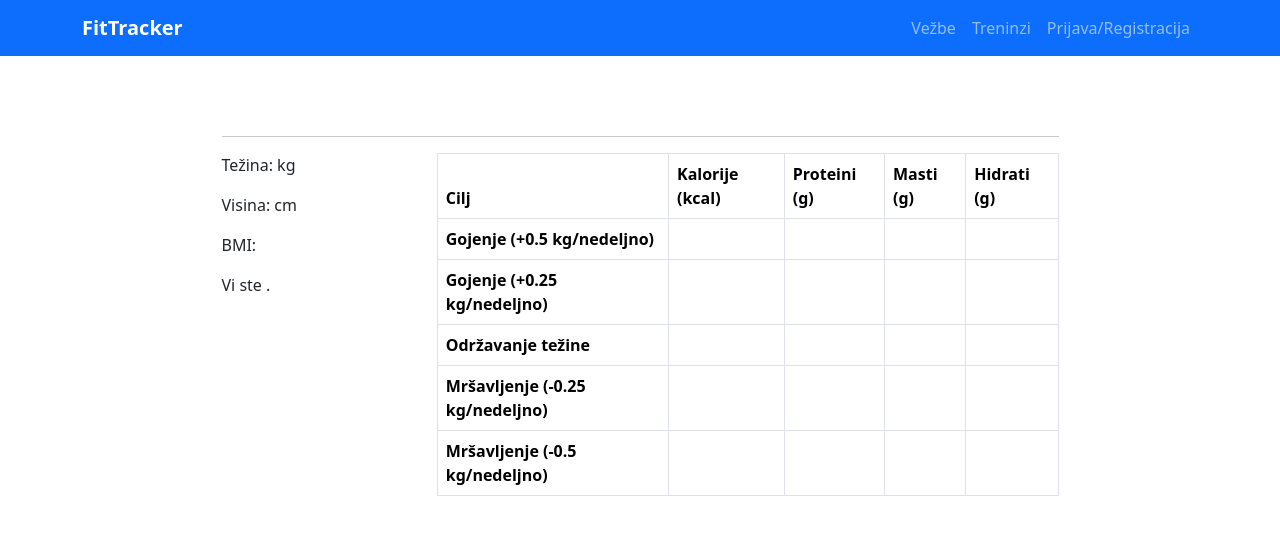
Repository: M1K1B/FitTracker
Page: http://localhost/FitTrackerWeb/profil.jsp
An editor plug-in stored every save of this project. The page is shown before and after the next save, followed by the edit.
The browser window is 1280 px wide. The pictures show the whole page.
The page is served by Tomcat 9. Other server files are loaded and not shown. The template is opened directly, without the code that normally fills it, so the values that code supplies are empty.

Above is the page before, as saved 2024-02-06 13:49:21.

### FitTrackerWeb/src/main/webapp/profil.jsp
<%@ page language="java" contentType="text/html; charset=UTF-8"
	pageEncoding="UTF-8"%>
<%@ taglib prefix="c" uri="http://java.sun.com/jsp/jstl/core"%>
<%@ taglib prefix="fn" uri="http://java.sun.com/jsp/jstl/functions"%>

<!DOCTYPE html>
<html>
<head>
<meta charset="UTF-8">
<meta name="viewport"
	content="width=device-width, initial-scale=1, shrink-to-fit=no">
<!-- Bootstrap CSS - Include the CSS file or use a CDN link -->
<link
	href="https://cdn.jsdelivr.net/npm/bootstrap@5.3.2/dist/css/bootstrap.min.css"
	rel="stylesheet"
	integrity="sha384-T3c6CoIi6uLrA9TneNEoa7RxnatzjcDSCmG1MXxSR1GAsXEV/Dwwykc2MPK8M2HN"
	crossorigin="anonymous">

<style>
.card {
	text-decoration: none;
}

.card:hover {
	background-color: #fafafa;
	cursor: pointer;
}
</style>
</head>
<body>
	<%@include file="header.jsp"%>

	<div class="container mt-5">
		<div class="col-9 mx-auto">
			<div class="d-flex align-items-center">
				<div>
					<h3 class="h3">${ korisnik.ime }${ korisnik.prezime }</h3>
					<p>${ korisnik.email }</p>
				</div>
			</div>

			<hr>
			<div class="row">
				<div class="col-3">
					<p>Težina: ${ korisnik.tezina } kg</p>
					<p>Visina: ${ korisnik.visina } cm</p>
					<p>BMI: ${ korisnik.bmi }</p>
					<p>
						Vi ste <span class="text-decoration-underline">${ korisnik.status }</span>.
					</p>
				</div>
				<div class="col-9">

					<table class="table table-bordered">
						<thead>
							<tr>
								<th scope="col">Cilj</th>
								<th scope="col">Kalorije (kcal)</th>
								<th scope="col">Proteini (g)</th>
								<th scope="col">Masti (g)</th>
								<th scope="col">Hidrati (g)</th>
							</tr>
						</thead>
						<tbody>
							<tr>
								<th scope="row">Gojenje (+0.5 kg/nedeljno)</th>
								<td>${ korisnik.macros[0][0] }</td>
								<td>${ korisnik.macros[0][1] }</td>
								<td>${ korisnik.macros[0][2] }</td>
								<td>${ korisnik.macros[0][3] }</td>
							</tr>
							<tr>
								<th scope="row">Gojenje (+0.25 kg/nedeljno)</th>
								<td>${ korisnik.macros[1][0] }</td>
								<td>${ korisnik.macros[1][1] }</td>
								<td>${ korisnik.macros[1][2] }</td>
								<td>${ korisnik.macros[1][3] }</td>
							</tr>
							<tr>
								<th scope="row">Održavanje težine</th>
								<td>${ korisnik.macros[2][0] }</td>
								<td>${ korisnik.macros[2][1] }</td>
								<td>${ korisnik.macros[2][2] }</td>
								<td>${ korisnik.macros[2][3] }</td>
							</tr>
							<tr>
								<th scope="row">Mršavljenje (-0.25 kg/nedeljno)</th>
								<td>${ korisnik.macros[3][0] }</td>
								<td>${ korisnik.macros[3][1] }</td>
								<td>${ korisnik.macros[3][2] }</td>
								<td>${ korisnik.macros[3][3] }</td>
							</tr>
							<tr>
								<th scope="row">Mršavljenje (-0.5 kg/nedeljno)</th>
								<td>${ korisnik.macros[4][0] }</td>
								<td>${ korisnik.macros[4][1] }</td>
								<td>${ korisnik.macros[4][2] }</td>
								<td>${ korisnik.macros[4][3] }</td>
							</tr>
						</tbody>
					</table>
				</div>
			</div>

		</div>
	</div>

	<!-- Your Content Goes Here -->
	<script
		src="https://cdn.jsdelivr.net/npm/bootstrap@5.3.2/dist/js/bootstrap.bundle.min.js"
		integrity="sha384-C6RzsynM9kWDrMNeT87bh95OGNyZPhcTNXj1NW7RuBCsyN/o0jlpcV8Qyq46cDfL"
		crossorigin="anonymous"></script>
</body>
</html>

### FitTrackerWeb/src/main/webapp/header.jsp
<%@ page language="java" contentType="text/html; charset=UTF-8"
	pageEncoding="UTF-8"%>
<!DOCTYPE html>
<html>
<head>
<meta charset="UTF-8">
<meta name="viewport"
	content="width=device-width, initial-scale=1, shrink-to-fit=no">
<!-- Bootstrap CSS - Include the CSS file or use a CDN link -->
<link
	href="https://cdn.jsdelivr.net/npm/bootstrap@5.3.2/dist/css/bootstrap.min.css"
	rel="stylesheet"
	integrity="sha384-T3c6CoIi6uLrA9TneNEoa7RxnatzjcDSCmG1MXxSR1GAsXEV/Dwwykc2MPK8M2HN"
	crossorigin="anonymous">
</head>
<body>

	<!-- Bootstrap Navbar -->
	<nav class="navbar navbar-dark navbar-expand-lg bg-primary">
		<div class="container">
			<a class="navbar-brand" href="/FitTracker/vezbe/sveVezbe"><strong>FitTracker</strong></a>
			<button class="navbar-toggler" type="button"
				data-bs-toggle="collapse" data-bs-target="#navbarSupportedContent"
				aria-controls="navbarSupportedContent" aria-expanded="false"
				aria-label="Toggle navigation">
				<span class="navbar-toggler-icon"></span>
			</button>
			<div class="collapse navbar-collapse" id="navbarSupportedContent">
				<ul class="navbar-nav ms-auto mb-2 mb-lg-0">
					<li class="nav-item"><a class="nav-link"
						aria-current="page" href="/FitTracker/vezbe/sveVezbe">Vežbe</a></li>
					<li class="nav-item"><a class="nav-link"
						href="/FitTracker/treninzi/sviTreninzi">Treninzi</a></li>
					<c:if test="${pageContext.request.userPrincipal.name == null}">
					<li class="nav-item"><a class="nav-link"
						href="/FitTracker/login">Prijava/Registracija</a></li>

					</c:if>
					<c:if test="${pageContext.request.userPrincipal.name != null}">
						<li class="nav-item dropdown">
					<a
						class="nav-link dropdown-toggle" href="#" role="button"
						data-bs-toggle="dropdown" aria-expanded="false">

						${ pageContext.request.userPrincipal.name }
					</a>
						<ul class="dropdown-menu">
							<li><a class="dropdown-item"
								href="/FitTracker/profil">Moj profil</a></li>
							<li><hr class="dropdown-divider"></li>
							<li><a class="dropdown-item text-danger"
								href="/FitTracker/logout">Izlogujte se</a></li>
						</ul></li>
					</c:if>

			</div>
		</div>
	</nav>

	<!-- Your Content Goes Here -->
	<!-- <script src="https://cdn.jsdelivr.net/npm/bootstrap@5.3.2/dist/js/bootstrap.bundle.min.js" integrity="sha384-C6RzsynM9kWDrMNeT87bh95OGNyZPhcTNXj1NW7RuBCsyN/o0jlpcV8Qyq46cDfL" crossorigin="anonymous"></script> -->
</body>
</html>

After the next save:
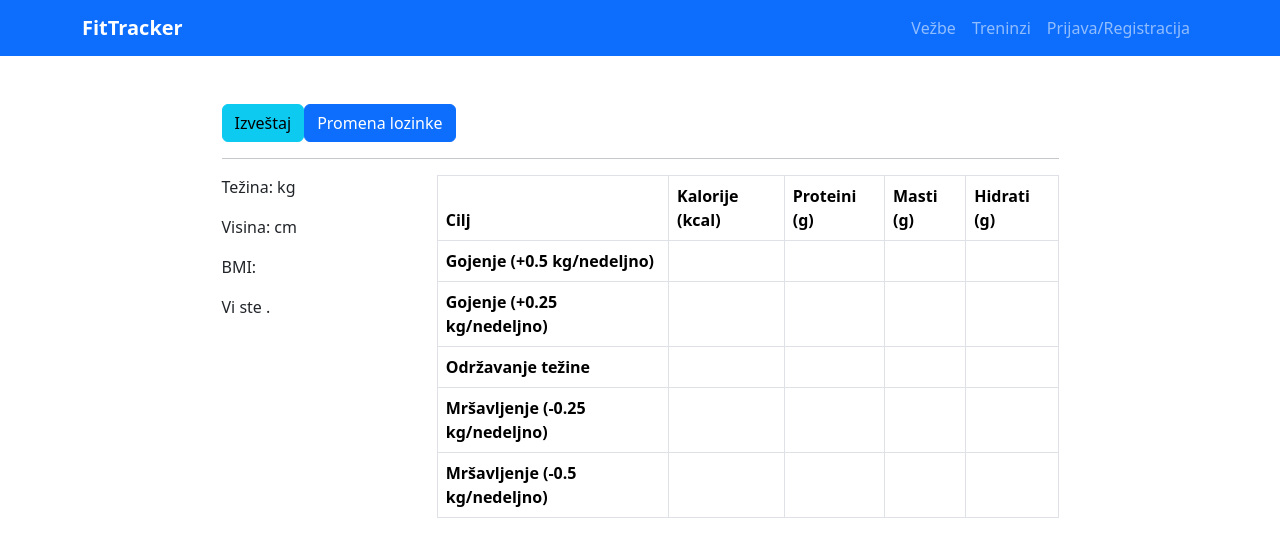
Saved 76 s later.
--- a/FitTrackerWeb/src/main/webapp/profil.jsp
+++ b/FitTrackerWeb/src/main/webapp/profil.jsp
@@ -37,8 +37,9 @@
 					<h3 class="h3">${ korisnik.ime }${ korisnik.prezime }</h3>
 					<p>${ korisnik.email }</p>
 				</div>
+				<a class="btn btn-info">Izveštaj</a>
+				<a class="btn btn-primary">Promena lozinke</a>
 			</div>
-
 			<hr>
 			<div class="row">
 				<div class="col-3">
